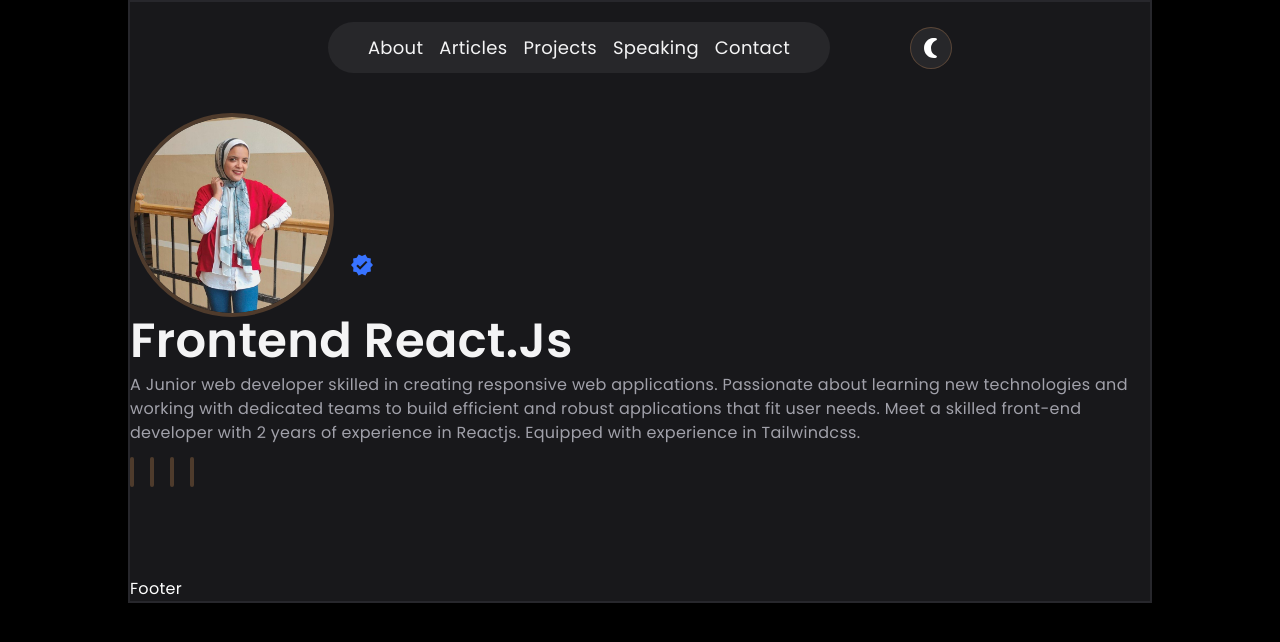
Repository: Wafaabahgat/Portfolio
Page: /
An editor plug-in stored every save of this project. The page is shown before and after the next save, followed by the edit.
The browser window is 1280 px wide. The pictures show the whole page.
The project was rebuilt for these pictures with package versions that can differ from the ones it lists, and the page was loaded fresh each time. Also part of the build but not shown: vite.config.ts, src/App.css, src/ErrorPage.tsx.

Above is the page before, as saved 2023-12-08 03:33:11.

After the next save:
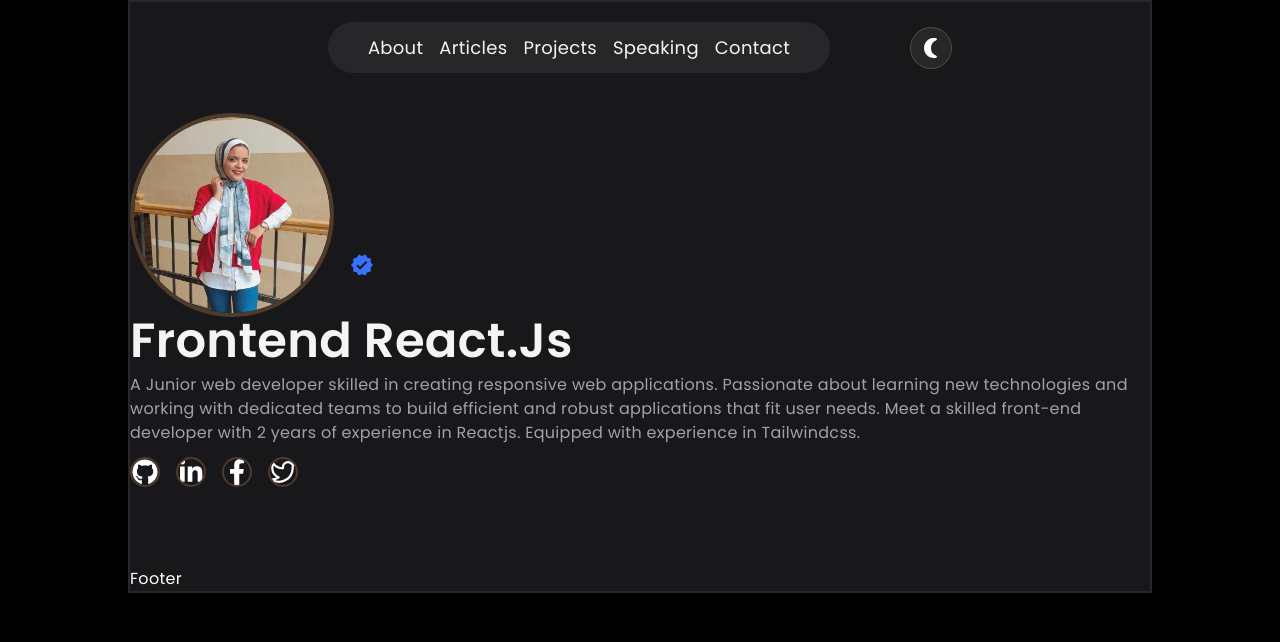
Saved 5 s later.
--- a/src/components/home/Hero.tsx
+++ b/src/components/home/Hero.tsx
@@ -28,7 +28,7 @@ const Hero: FC<HeroProps> = () => {
             fit user needs. Meet a skilled front-end developer with 2 years of
             experience in Reactjs. Equipped with experience in Tailwindcss.
           </p>
-          <div className="flex gap-4  w-[40px] h-[40px]">
+          <div className="flex gap-4">
             <FaGithub className="text-3xl rounded-full  border-2 border-border-menu " />
             <FaLinkedinIn className="text-3xl rounded-full border-2 border-border-menu " />
             <FaFacebookF className="text-3xl rounded-full border-2 border-border-menu " />
